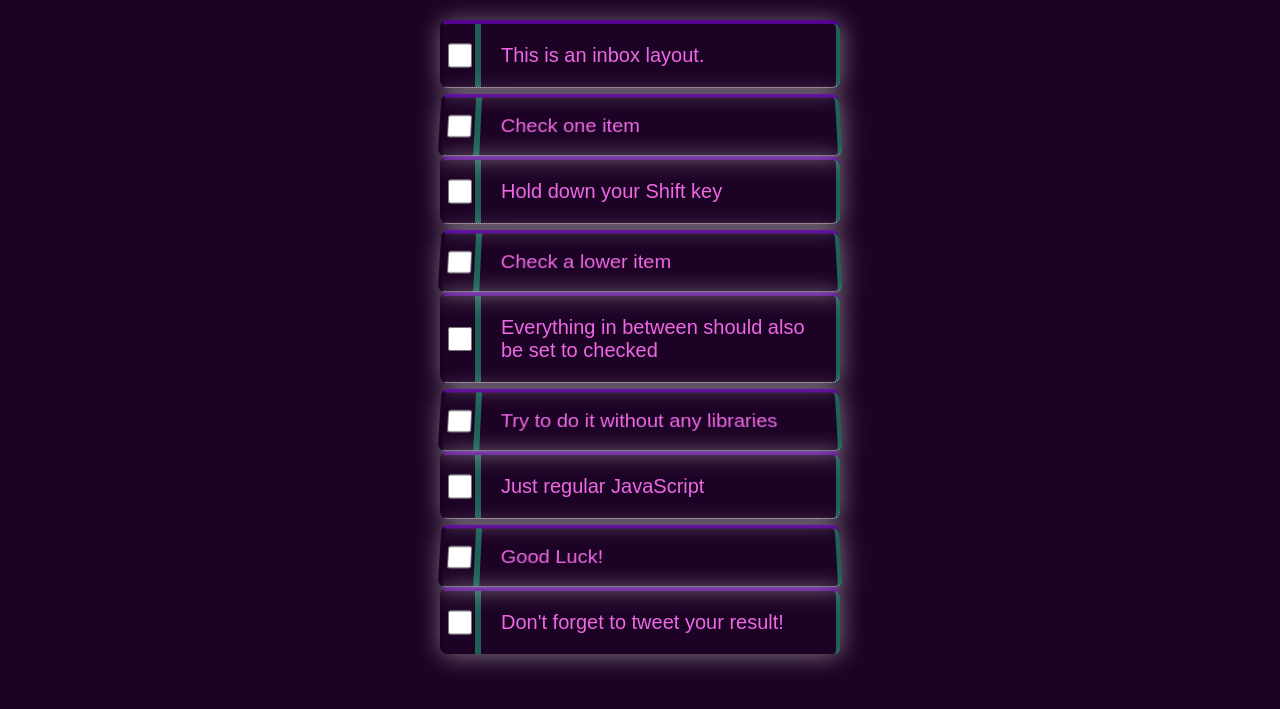
Repository: Freezler/Shift-Select-Checkboxes
Page: index.html
An editor plug-in stored every save of this project. The page is shown before and after the next save, followed by the edit.
The browser window is 1280 px wide. The pictures show the whole page.

Above is the page before, as saved 2024-09-07 23:11:37.

### index.html
<!DOCTYPE html>
<html lang="en">

<head>
  <meta charset="UTF-8">
  <title>Hold Shift to Check Multiple Checkboxes</title>
  <link rel="icon" href="https://fav.farm/🔥" />
</head>

<body>
  <style>
    :root {
      --background-color: rgb(28, 2, 37);
      --border-color: hsla(292, 94%, 6%, 0.8);

    }

    html {
      font-family: sans-serif;
      font-weight: 500;
      background: var(--background-color);
      user-select: none;
    }




    .inbox {
      max-width: 400px;
      margin: 20px auto;
      gap: 0px;
      border-radius: 5px;
      display: flex;
      flex-direction: column;
      background: var(--background-color);
    }

    .item {
      display: flex;
      transition: all 0.3s ease-in-out;
      border-inline-start: 4px solid var(--border-color);
      border-block-start: 4px solid rgba(136, 0, 255, 0.497);
      box-shadow: 1px 2px 24px rgba(244, 249, 232, 0.447);
      border-bottom: 1px dotted #F1F1F1;
      color: rgb(238, 104, 227);
      border-radius: 8px;
    }

    .item:last-child {
      border-bottom: 0;
    }



    input[type="checkbox"] {
      accent-color: #7c0529ef;
      width: 24px;
      ;
    }

    input:checked+p {
      background: #a3045131;
      text-decoration: line-through;
      color: cornsilk;
      border-inline: 8px solid #5e057cef;
      transition: all 0.9s ease-in-out;
      border-radius: 99px;
      margin-inline: 48px;


    }



    .inbox .item:nth-child(even) {
      transform: perspective(1500px) rotateX(24deg) translateY(3px) scale(1.001);

    }

    .inbox .item:nth-child(odd) {
      transform: perspective(1500px) rotateX(-24deg) translateY (3px) scale(1.001);

    }

    .item:nth-child(odd):hover {
      transform: perspective(400px) rotateX(24deg) translateY(3px);

    }

    .item:nth-child(even):hover {
      transform: perspective(400px) rotateX(24deg) translateY(3px);

    }

    .item:nth-child(even) {
      transform: perspective(1500px) rotateX(-24deg) translateY(3px);

    }

    p {
      margin: 0;
      padding: 20px;
      transition: background 0.3s;
      flex: 1;

      font-size: 20px;
      font-weight: 200;
      border-inline: 6px solid #23cc9178;
      border-inline-end: 4px solid #23cc9178;
      border-start-end-radius: 6px;
      border-end-end-radius: 6px;
    }
  </style>
  <!--  The following is a common layout you would see in an email client.
        When a user clicks a checkbox, holds Shift, and then clicks another checkbox a few rows down, all the checkboxes in between those two checkboxes should be checked.

  -->
  <div class="inbox">
    <div class="item">
      <input type="checkbox">
      <p>This is an inbox layout.</p>
    </div>
    <div class="item">
      <input type="checkbox">
      <p>Check one item</p>
    </div>
    <div class="item">
      <input type="checkbox">
      <p>Hold down your Shift key</p>
    </div>
    <div class="item">
      <input type="checkbox">
      <p>Check a lower item</p>
    </div>
    <div class="item">
      <input type="checkbox">
      <p>Everything in between should also be set to checked</p>
    </div>
    <div class="item">
      <input type="checkbox">
      <p>Try to do it without any libraries</p>
    </div>
    <div class="item">
      <input type="checkbox">
      <p>Just regular JavaScript</p>
    </div>
    <div class="item">
      <input type="checkbox">
      <p>Good Luck!</p>
    </div>
    <div class="item">
      <input type="checkbox">
      <p>Don't forget to tweet your result!</p>
    </div>
  </div>

  <script>
    const checkboxes = document.querySelectorAll('.inbox input[type="checkbox"]');

    checkboxes.forEach(checkbox => checkbox.addEventListener('click', handleCheck))

    let lastChecked;

    function handleCheck(e) {
      // check for shift-press && checked
      let inBetween = false;
      // loop over every single checkbox
      if (e.shiftKey && this.checked) {
        checkboxes.forEach(checkbox => {
          if (checkbox === this || checkbox === lastChecked) {
            inBetween = !inBetween
          }
          if (inBetween) {
            checkbox.checked = true
          }
        })
      }

      if (e.shiftKey && this.checked) {
        console.log("haha it's clicked with shift down AND checked!")
      }
      if (e.shiftKey && !this.checked) {
        console.log("haha it's clicked with shift down but not checked!")
      }
      lastChecked = this;
    }

  </script>
</body>

</html>

After the next save:
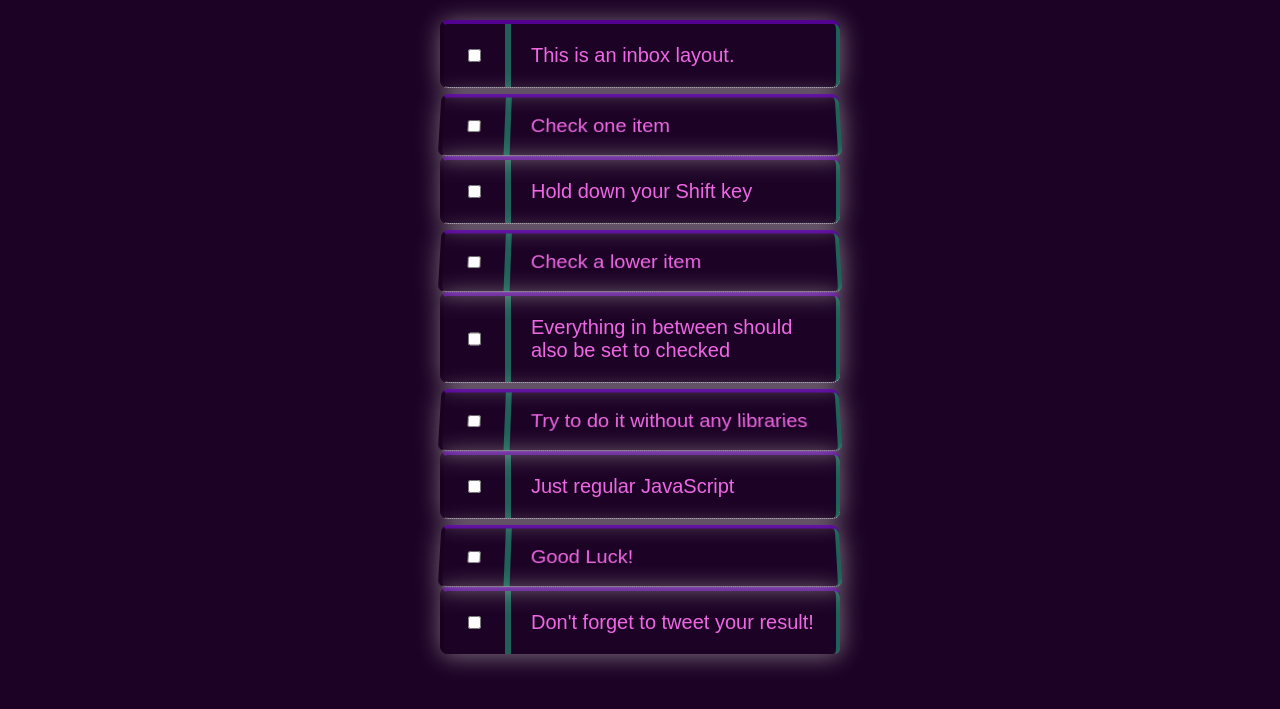
Saved 107 s later.
--- a/index.html
+++ b/index.html
@@ -54,7 +54,7 @@
 
     input[type="checkbox"] {
       accent-color: #7c0529ef;
-      width: 24px;
+      margin: 24px;
       ;
     }
 
